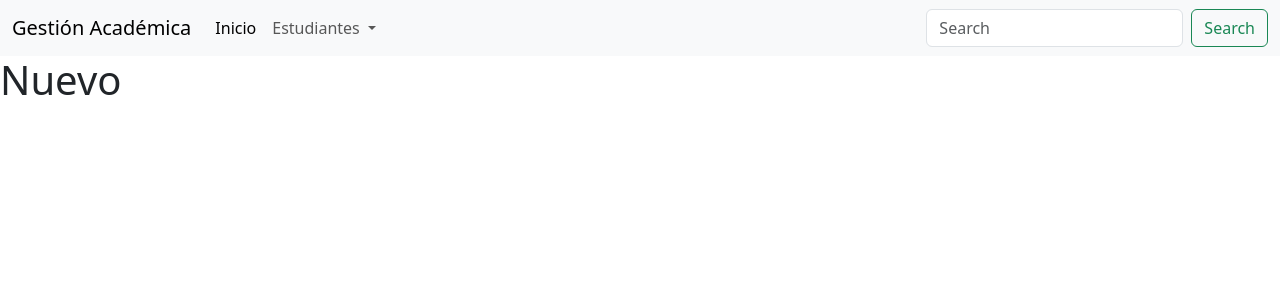
Repository: cesartomedes/frontacademico
Page: /#/createE
The author's editor kept a copy of each file at every save. The page is drawn from the files as they stood at one save, then again after the next save.
The browser window is 1280 px wide. The pictures show the whole page.
The project was rebuilt for these pictures with package versions that can differ from the ones it lists, and the page was loaded fresh each time. Also part of the build but not shown: vue.config.js, src/components/HelloWorld.vue, src/views/HomeView.vue, src/views/EstudianteEdit.vue, src/views/EstudianteView.vue.

Above is the page before, as saved 2023-10-24 15:30:36.

### src/main.js
import { createApp } from 'vue'
import App from './App.vue'
import router from './router'
import store from './store'
import '@fortawesome/fontawesome-free/css/all.min.css'
import 'bootstrap/dist/css/bootstrap.css'


createApp(App).use(store).use(router).mount('#app')

import 'bootstrap/dist/js/bootstrap'

### src/App.vue
<template>
      <nav class="navbar navbar-expand-lg bg-body-tertiary">
        <div class="container-fluid">
          <a class="navbar-brand" href="#">Gestión Académica</a>
          <button class="navbar-toggler" type="button" data-bs-toggle="collapse" data-bs-target="#navbarSupportedContent" aria-controls="navbarSupportedContent" aria-expanded="false" aria-label="Toggle navigation">
            <span class="navbar-toggler-icon"></span>
          </button>
          <div class="collapse navbar-collapse" id="navbarSupportedContent">
            <ul class="navbar-nav me-auto mb-2 mb-lg-0">
              <li class="nav-item">
                <a class="nav-link active" aria-current="page" href="#">Inicio</a>
              </li>

              <li class="nav-item dropdown">
                <a class="nav-link dropdown-toggle" href="#" role="button" data-bs-toggle="dropdown" aria-expanded="false">
                  Estudiantes
                </a>
                <ul class="dropdown-menu">

                  <li>
                    <router-link class="dropdown-item" to="/">Listar Estudiantes</router-link>
                  </li>

                  <li>
                    <router-link class="dropdown-item" to="/createE">Registrar Nuevo</router-link>
                  </li>
                  <li><hr class="dropdown-divider"></li>
                  <li><a class="dropdown-item" href="#">Something else here</a></li>
                </ul>
              </li>
            </ul>
            <form class="d-flex" role="search">
              <input class="form-control me-2" type="search" placeholder="Search" aria-label="Search">
              <button class="btn btn-outline-success" type="submit">Search</button>
            </form>
          </div>
        </div>
</nav>
  <router-view/>
</template>

### src/router/index.js
import { createRouter, createWebHashHistory } from 'vue-router'
import HomeView from '../views/HomeView.vue'
import EstudianteNew from '../views/EstudianteNew.vue'
import EstudianteEdit from '../views/EstudianteEdit.vue'
import EstudianteView from '../views/EstudianteView.vue'

const routes = [
  {
    path: '/',
    name: 'home',
    component: HomeView
  },

  {
    path: '/createE',
    name: 'createE',
    component: EstudianteNew
  },

  {
    path: '/editE/:id',
    name: 'editE',
    component: EstudianteEdit
  },

  {
    path: '/viewE/:id',
    name: 'viewE',
    component: EstudianteView
  }
]

const router = createRouter({
  history: createWebHashHistory(),
  routes
})

export default router

### src/views/EstudianteNew.vue
<template>
    <div class="about">
      <h1>Nuevo</h1>
    </div>
</template>

Loaded but not shown: public/index.html (common file); src/store/index.js (common file)

After the next save:
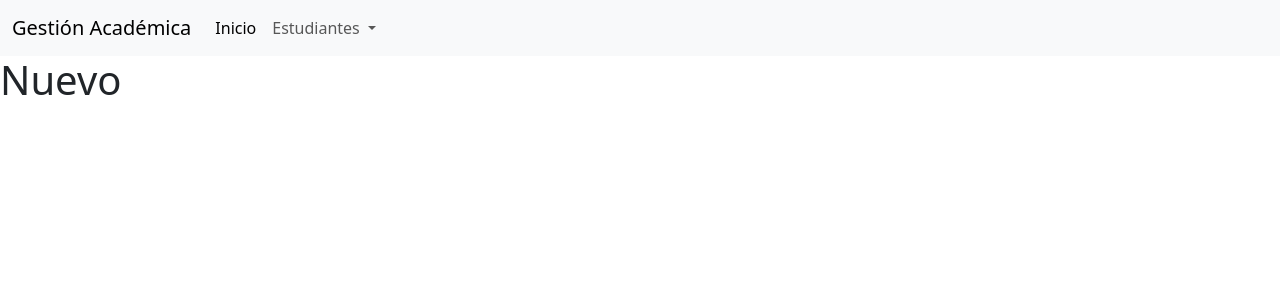
Saved 34 s later.
--- a/src/App.vue
+++ b/src/App.vue
@@ -29,10 +29,7 @@
                 </ul>
               </li>
             </ul>
-            <form class="d-flex" role="search">
-              <input class="form-control me-2" type="search" placeholder="Search" aria-label="Search">
-              <button class="btn btn-outline-success" type="submit">Search</button>
-            </form>
+
           </div>
         </div>
 </nav>
